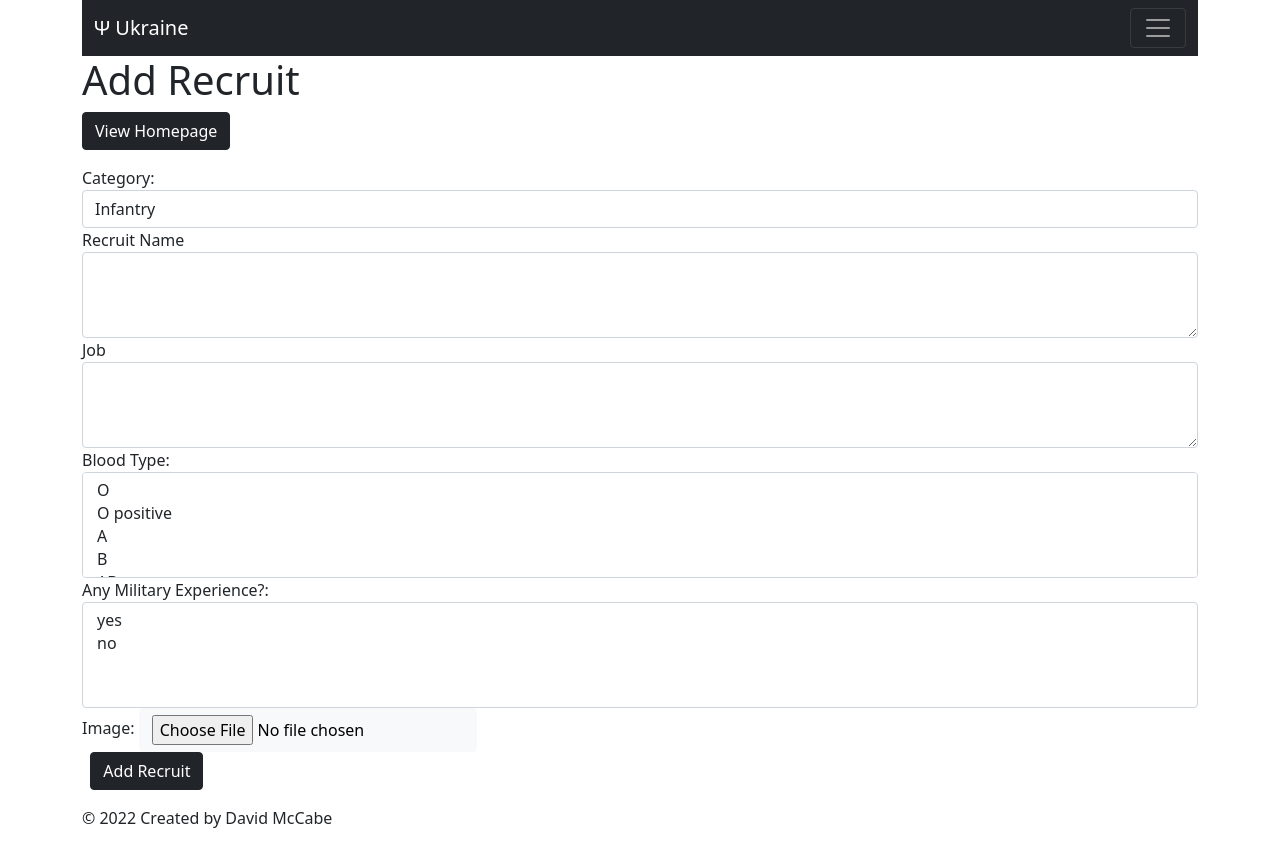
Repository: davidDKIT/ca2-davidmccabe-php
Page: http://localhost/add_record_form.php
An editor plug-in stored every save of this project. The page is shown before and after the next save, followed by the edit.
The browser window is 1280 px wide. The pictures show the whole page.
The page is run by PHP 8.4 with error messages shown; the project is at /var/www/html/. The database holds what the project's SQL file puts in it.

Above is the page before, as saved 2022-03-15 22:33:40.

### add_record_form.php
<?php
require('database.php');
$query = 'SELECT *
          FROM categories
          ORDER BY categoryID';
$statement = $db->prepare($query);
$statement->execute();
$categories = $statement->fetchAll();
$statement->closeCursor();
?>
<!-- the head section -->
<div class="container">
  <?php
  include('includes/header.php');
  ?>
  <h1>Add Recruit</h1>

  <form action="add_record.php" method="post" enctype="multipart/form-data" id="add_record_form">
  <p><a class="btn btn-dark" href="index.php">View Homepage</a></p>
    <div class="form-group">
      <label for="exampleFormControlInput1">Category:</label>
      <select class="form-control" id="exampleFormControlInput1" name="category_id">
        <?php foreach ($categories as $category) : ?>
          <option value="<?php echo $category['categoryID']; ?>">
            <?php echo $category['categoryName']; ?>
          </option>
        <?php endforeach; ?>
      </select>
    </div>
    <div class="form-group">
      <label for="exampleFormControlTextarea1">Recruit Name</label>
      <textarea class="form-control" id="exampleFormControlTextarea1" name="recruitName" rows="3"></textarea>
      <label for="exampleFormControlTextarea1">Job</label>
      <textarea class="form-control" id="exampleFormControlTextarea1" name="job" rows="3"></textarea>
      <label for="exampleFormControlSelect2">Blood Type:</label>
      <select multiple class="form-control" id="exampleFormControlSelect2" name="bloodType">
        <option>O</option>
        <option>O positive</option>
        <option>A</option>
        <option>B</option>
        <option>AB</option>
      </select>
      <label for="exampleFormControlSelect2">Any Military Experience?:</label>
      <select multiple class="form-control" id="exampleFormControlSelect2" name="militaryExp">
        <option>yes</option>
        <option>no</option>
      </select>
      <label>Image:</label>
      <input class="btn btn-light" type="file" name="image" accept="image/*" />
      <br>
    </div>
    <label>&nbsp;</label>
    <input class="btn btn-dark" type="submit" value="Add Recruit">
    <br>
  </form>

  <?php
  include('includes/footer.php');
  ?>

### database.php
<?php
    $dsn = 'mysql:host=localhost;dbname=ukraine_signup';
    $username = 'root';
    $password = '';

    try {
        $db = new PDO($dsn, $username, $password);
    } catch (PDOException $e) {
        $error_message = $e->getMessage();
        include('database_error.php');
        exit();
    }
?>

### includes/header.php
<!-- the head section -->
<?php
if (isset($_POST['submit'])) {
  $searchValue = $_POST['search'];
  $con = new mysqli("localhost", "root", "", "ukraine_signup");
  if ($con->connect_error) {
    echo "connection Failed: " . $con->connect_error;
  } else {
    $sql = "SELECT * FROM recruits WHERE recruitName LIKE '%$searchValue%'";

    $result = $con->query($sql);
    while ($row = $result->fetch_assoc()) {
      echo "Recruit found in database: " . $row['recruitName'] . '<br>' . "Their job associated: " . $row['job'] . '<br>' . '<br>';
    }
  }
}
?>

<head>
  <title>Ukraine Sign Up</title>
  <link href="https://cdn.jsdelivr.net/npm/bootstrap@5.1.3/dist/css/bootstrap.min.css" rel="stylesheet" integrity="sha384-1BmE4kWBq78iYhFldvKuhfTAU6auU8tT94WrHftjDbrCEXSU1oBoqyl2QvZ6jIW3" crossorigin="anonymous">
  <!-- Custom styles for this template-->
  <script src="https://cdn.jsdelivr.net/npm/bootstrap@5.1.3/dist/js/bootstrap.bundle.min.js" integrity="sha384-ka7Sk0Gln4gmtz2MlQnikT1wXgYsOg+OMhuP+IlRH9sENBO0LRn5q+8nbTov4+1p" crossorigin="anonymous"></script>

</head>

<!-- the body section -->

<body>
  <nav class="navbar navbar-dark bg-dark">
    <div class="container-fluid">
      <a class="navbar-brand" href="main.php">Ψ Ukraine</a>
      <button class="navbar-toggler" type="button" data-bs-toggle="collapse" data-bs-target="#navbarNavDropdown" aria-controls="navbarNavDropdown" aria-expanded="false" aria-label="Toggle navigation">
        <span class="navbar-toggler-icon"></span>
      </button>
      <div class="collapse navbar-collapse" id="navbarNavDropdown">
        <ul class="navbar-nav">
          <li class="nav-item">
            <a class="nav-link active" aria-current="page" href="index.php">Home</a>
          </li>
          <li class="nav-item">
            <a class="nav-link" href="category_list.php">Manage Categories</a>
          </li>
          <li class="nav-item">
            <a class="nav-link" href="add_record_form.php">Add New Recruit</a>
          </li>


        </ul>
      </div>
    </div>
  </nav>

### includes/footer.php
<footer>
<p>&copy; <?php echo date("Y"); ?> Created by David McCabe</p>
</footer>
</div><!-- close div container -->
</body>
</html>

### data-for-your-database.sql (the tables this page reads)
CREATE TABLE `categories` (
  `categoryID` int(11) NOT NULL AUTO_INCREMENT,
  `categoryName` varchar(255) NOT NULL,
  PRIMARY KEY (categoryID)
) ENGINE=InnoDB DEFAULT CHARSET=utf8;

INSERT INTO `categories` (`categoryID`, `categoryName`) VALUES
(1, 'Infantry'),
(2, 'Airforce'),
(3, 'Tank Crew'),
(4, 'Bombers'),
(5, 'Sniper Team');

ALTER TABLE `categories`
  ADD PRIMARY KEY (`categoryID`);

ALTER TABLE `categories`
  MODIFY `categoryID` int(11) NOT NULL AUTO_INCREMENT, AUTO_INCREMENT=3;

After the next save:
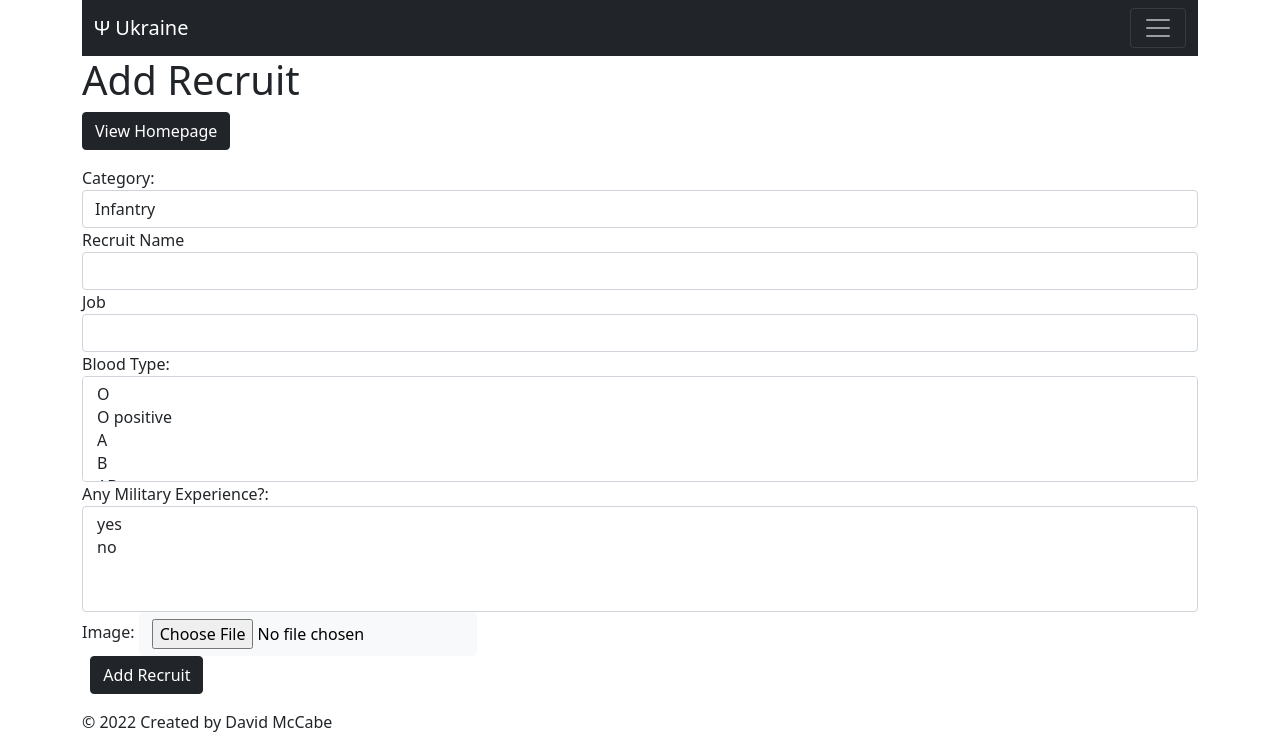
Saved 4 min 51 s later.
--- a/add_record_form.php
+++ b/add_record_form.php
@@ -29,9 +29,9 @@
     </div>
     <div class="form-group">
       <label for="exampleFormControlTextarea1">Recruit Name</label>
-      <textarea class="form-control" id="exampleFormControlTextarea1" name="recruitName" rows="3"></textarea>
+      <input type= "text" class="form-control" id="exampleFormControlTextarea1" name="recruitName" rows="3"></li>
       <label for="exampleFormControlTextarea1">Job</label>
-      <textarea class="form-control" id="exampleFormControlTextarea1" name="job" rows="3"></textarea>
+      <input class="form-control" id="exampleFormControlTextarea1" name="job" rows="3"></li>
       <label for="exampleFormControlSelect2">Blood Type:</label>
       <select multiple class="form-control" id="exampleFormControlSelect2" name="bloodType">
         <option>O</option>

After the save that followed:
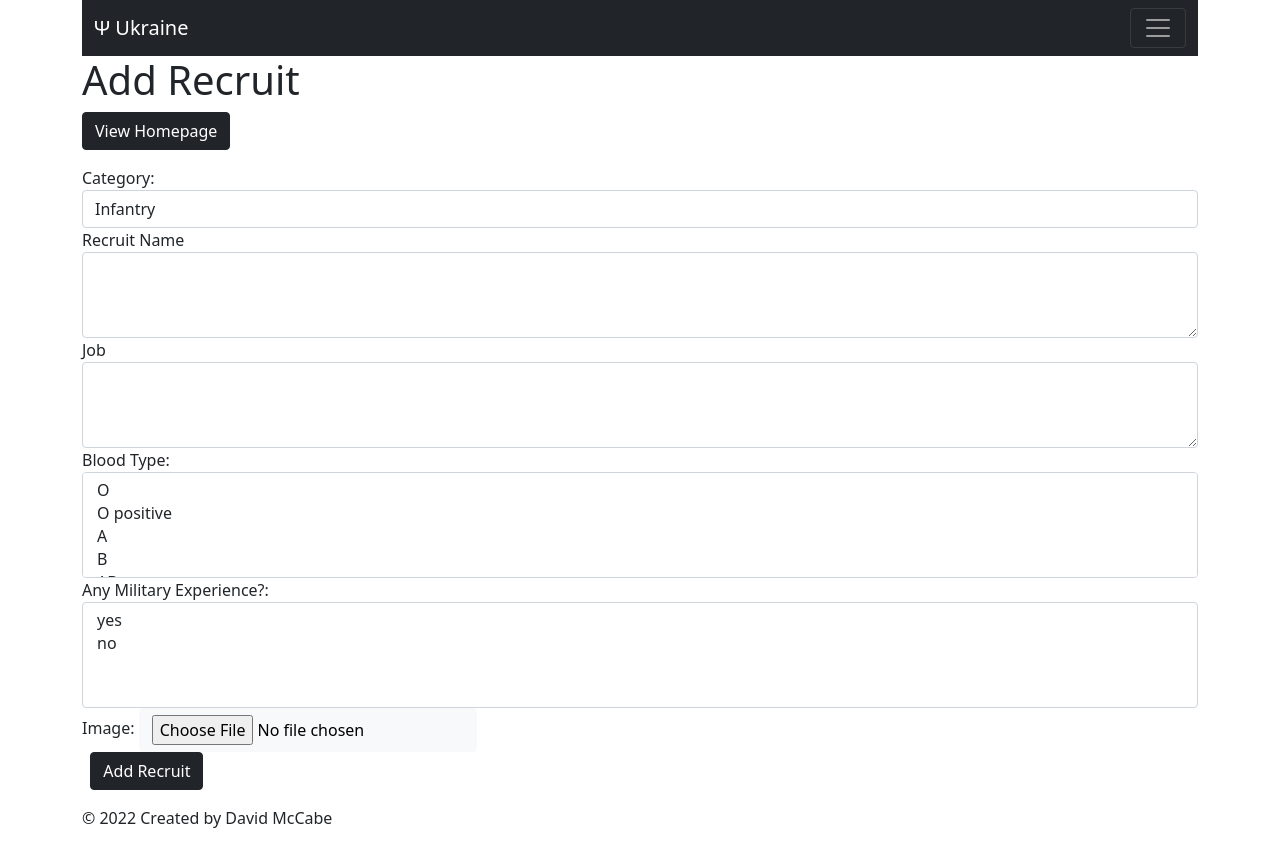
Saved 2 min 35 s later.
--- a/add_record_form.php
+++ b/add_record_form.php
@@ -29,9 +29,9 @@
     </div>
     <div class="form-group">
       <label for="exampleFormControlTextarea1">Recruit Name</label>
-      <input type= "text" class="form-control" id="exampleFormControlTextarea1" name="recruitName" rows="3"></li>
+      <textarea class="form-control" id="exampleFormControlTextarea1" name="recruitName" rows="3"></textarea>
       <label for="exampleFormControlTextarea1">Job</label>
-      <input class="form-control" id="exampleFormControlTextarea1" name="job" rows="3"></li>
+      <textarea class="form-control" id="exampleFormControlTextarea1" name="job" rows="3"></textarea>
       <label for="exampleFormControlSelect2">Blood Type:</label>
       <select multiple class="form-control" id="exampleFormControlSelect2" name="bloodType">
         <option>O</option>
